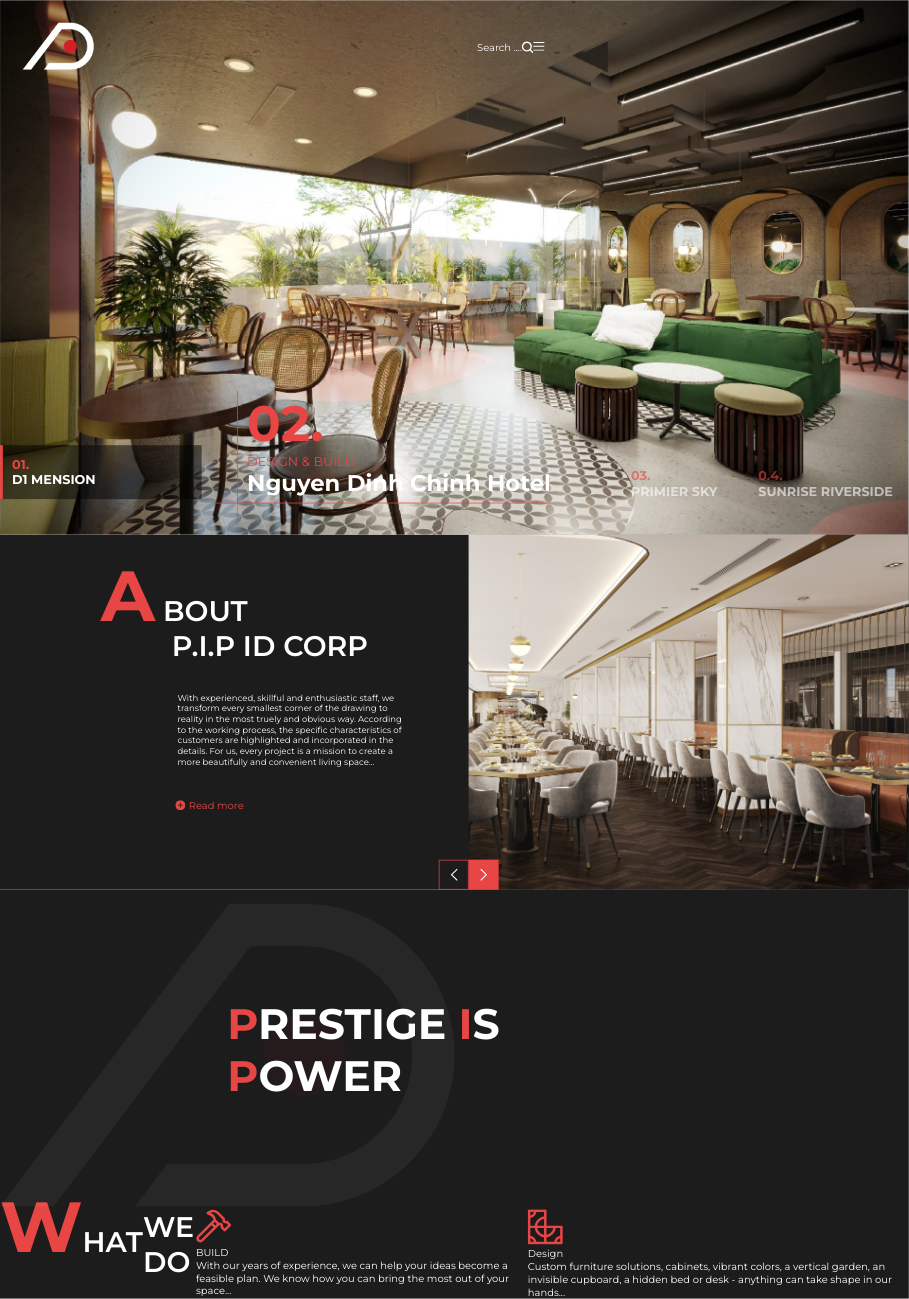
Repository: huudang2840/pipHomePage
Page: index.html
An editor plug-in stored every save of this project. The page is shown before and after the next save, followed by the edit.
The browser window is 1280 px wide. The pictures show the whole page, at 71% of full size.

Above is the page before, as saved 2023-03-21 15:01:03.

After the next save:
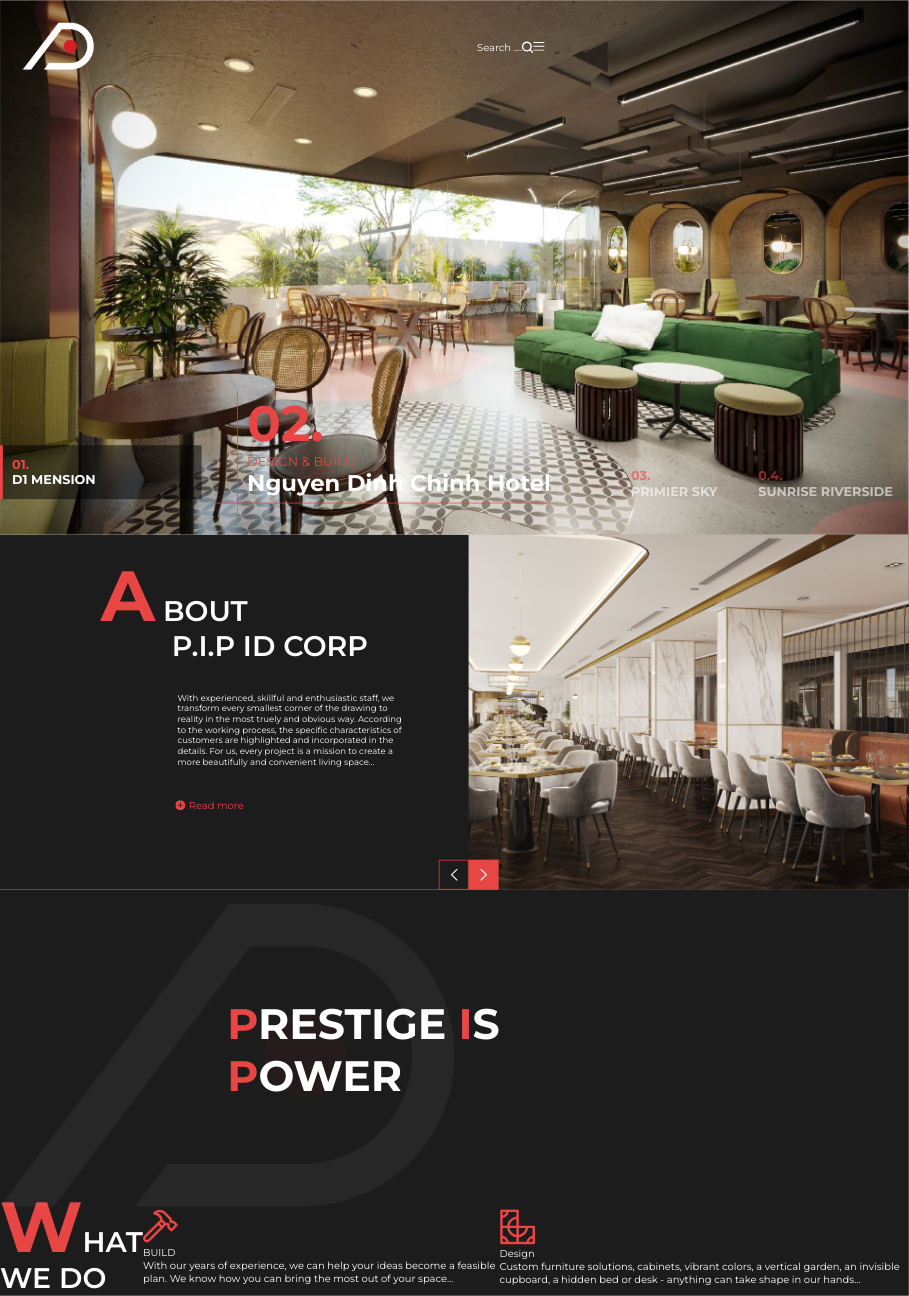
Saved 17 s later.
--- a/index.html
+++ b/index.html
@@ -165,8 +165,10 @@
           <h2 class="wedo__top__text"><span>P</span>restige <span>i</span>s <span>P</span>ower</h2>
         </div>
         <div class="wedo__bottom">
-          <h1 class="wedo__bottom__text"><span class="text-red">W</span>hat</h1>
-          <h1 class="wedo__bottom__text">We do</h1>
+          <span>
+            <h1 class="wedo__bottom__text"><span class="text-red">W</span>hat</h1>
+            <h1 class="wedo__bottom__text">We do</h1>
+          </span>
 
           <div class="wedo__bottom__build">
             <svg
